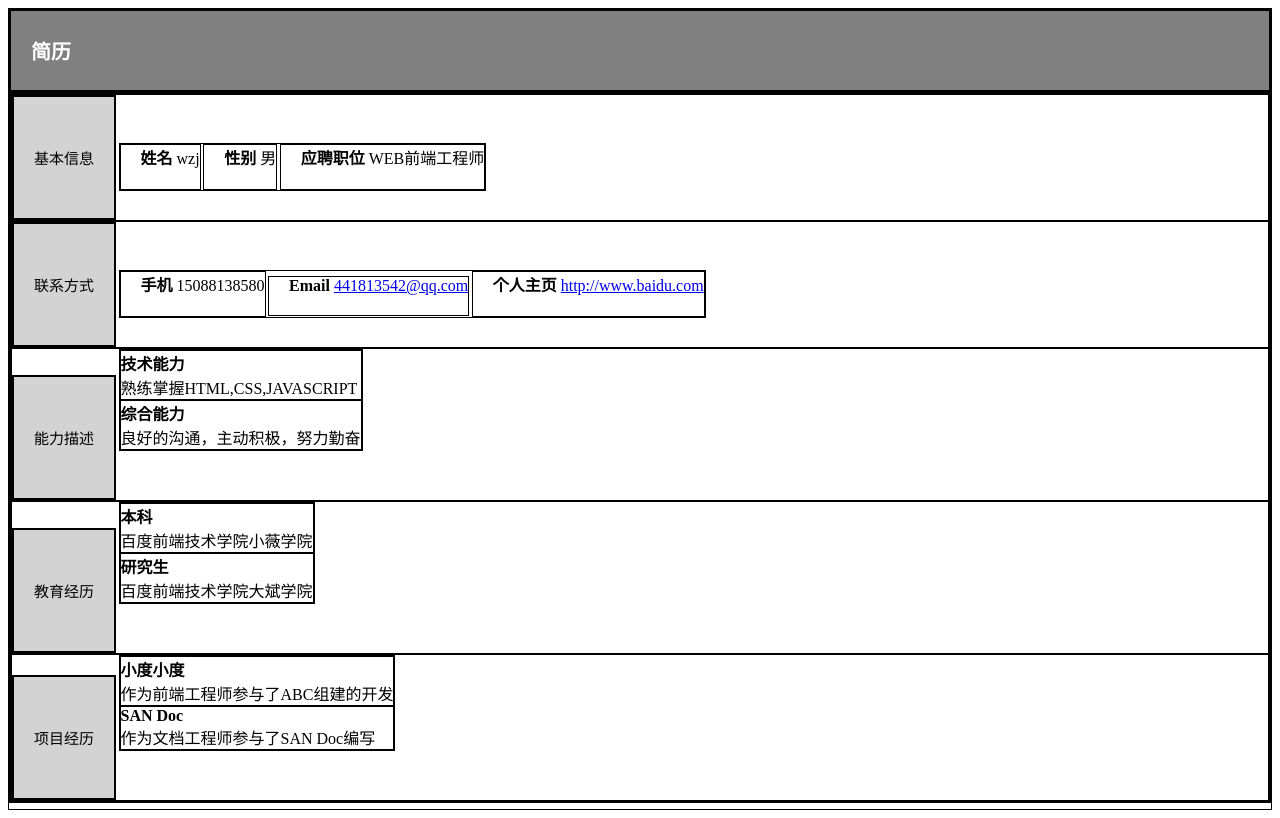
Repository: w441813542/webrecord
Page: day6_day7/jianli.html
The author's editor kept a copy of each file at every save. The page is drawn from the files as they stood at one save, then again after the next save.
The browser window is 1280 px wide. The pictures show the whole page.

Above is the page before, as saved 2021-03-09 14:32:40.

After the next save:
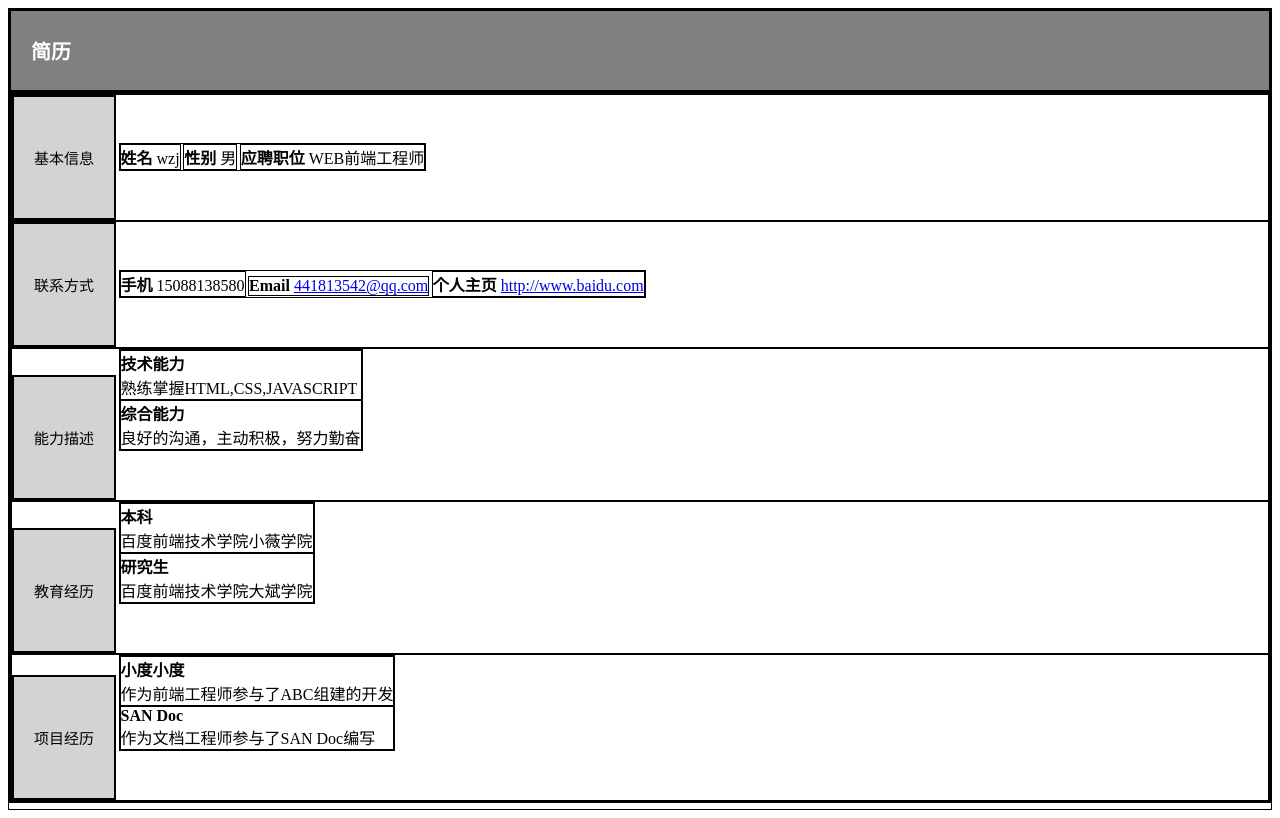
Saved 17 s later.
--- a/day6_day7/style_3.css
+++ b/day6_day7/style_3.css
@@ -8,13 +8,12 @@ div{
 
   .td {
     font-size: 1.6em;
-    padding-left: 20px;
-    padding-bottom: 20px;
     display: inline-block;
   }
 
   .th {
     font-size: 1.5em;
+    text-align: center;
     display: block;
     padding-top: 50px;
     padding-bottom: 50px;
